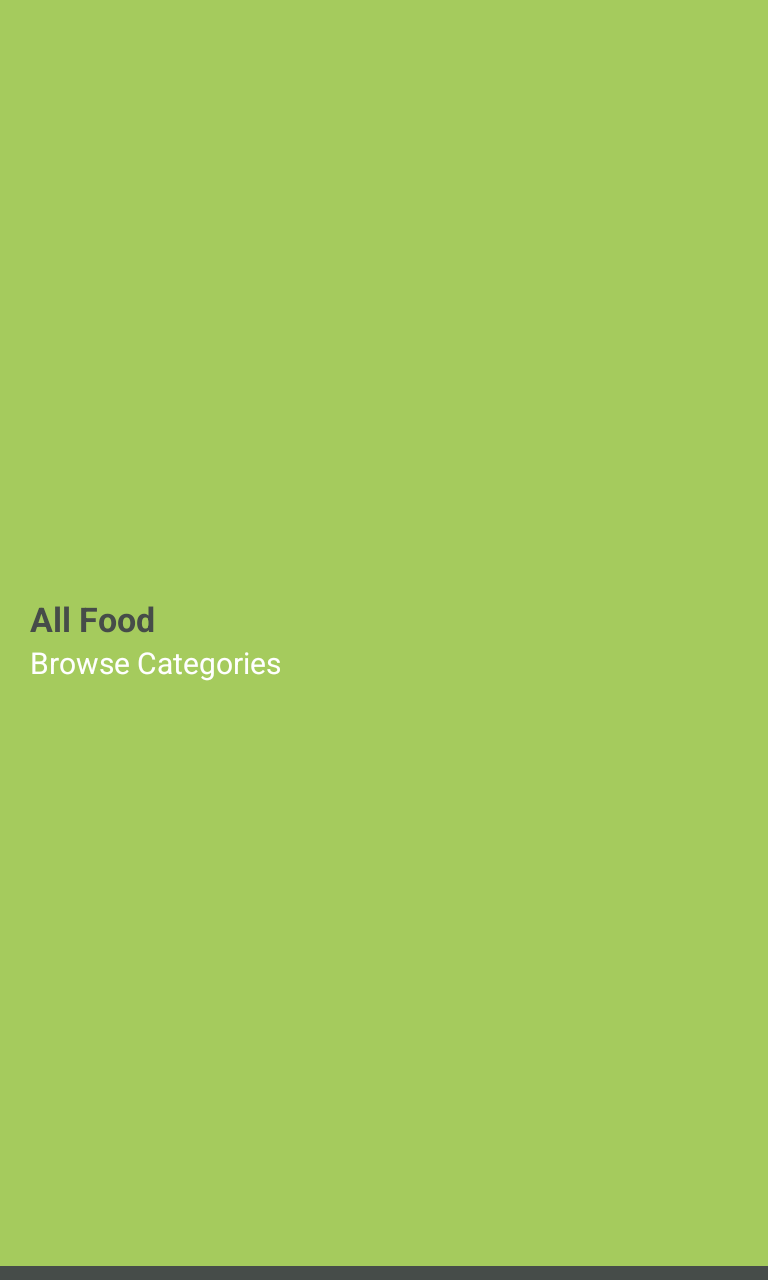
Repository: ShelfLifeApp/ShelfLife-Android
Layout: Implementation/ShelfLifeAndroid/res/layout/listview_header.xml
The author's editor kept a copy of each file at every save. The layout is drawn from the files as they stood at one save, then again after the next save.
It is drawn on a 768 x 1280 px phone screen (xhdpi) without system bars, with theme Theme.Sherlock.Light; the app's code is not run.

Above is the layout before, as saved 2013-05-13 03:44:30.

### Implementation/ShelfLifeAndroid/res/layout/listview_header.xml
<?xml version="1.0" encoding="utf-8"?>
<LinearLayout xmlns:android="http://schemas.android.com/apk/res/android"
    android:layout_width="match_parent"
    android:layout_height="60dip"
    android:orientation="vertical"
    android:background="@drawable/list_header_background"
    android:gravity="center_vertical"
    android:layout_gravity="center_vertical"
    android:paddingLeft="15dip"
    android:paddingTop="10dip"
    android:paddingBottom="10dip"
    >

    <TextView
        android:id="@+id/listview_header_title"
        android:layout_width="wrap_content"
        android:layout_height="wrap_content"
        android:text="All Food"
        android:textSize="17sp"
        android:textStyle="bold"
        android:textColor="@color/list_header_title_color"
    />

    <TextView
        android:id="@+id/listview_header_subtitle"
        android:layout_width="wrap_content"
        android:layout_height="wrap_content"
        android:text="Browse Categories"
        android:textSize="15sp"
        android:textColor="@color/list_header_subtitle_color"
    />

</LinearLayout>

### Implementation/ShelfLifeAndroid/res/drawable/list_header_background.xml
<?xml version="1.0" encoding="utf-8"?>
<layer-list xmlns:android="http://schemas.android.com/apk/res/android" >

    <!-- CREATE A RECTANGLE WITH YOUR BORDER COLOR -->
    <item>
        <shape android:shape="rectangle" >
            <solid android:color="@color/list_header_divider"/>
        </shape>
    </item>

    <!-- NOW DEFINE THE NORMAL COLOR-->
    <item android:bottom="7dp">
        <shape android:shape="rectangle" >
            <solid android:color="@color/list_header_background"/>
        </shape>
    </item>
</layer-list>

### Implementation/ShelfLifeAndroid/res/values/colors.xml
<?xml version="1.0" encoding="utf-8"?>
<resources>

    <color name="listitem_background_content">#FFFFFF</color>
    <color name="listitem_background">#f1f0f2</color>

    <color name="list_header_background">#a5cb5d</color>
    <color name="list_header_divider">#464c49</color>
    <color name="list_header_title_color">#464c49</color>
    <color name="list_header_subtitle_color">#ffffff</color>

</resources>

After the next save:
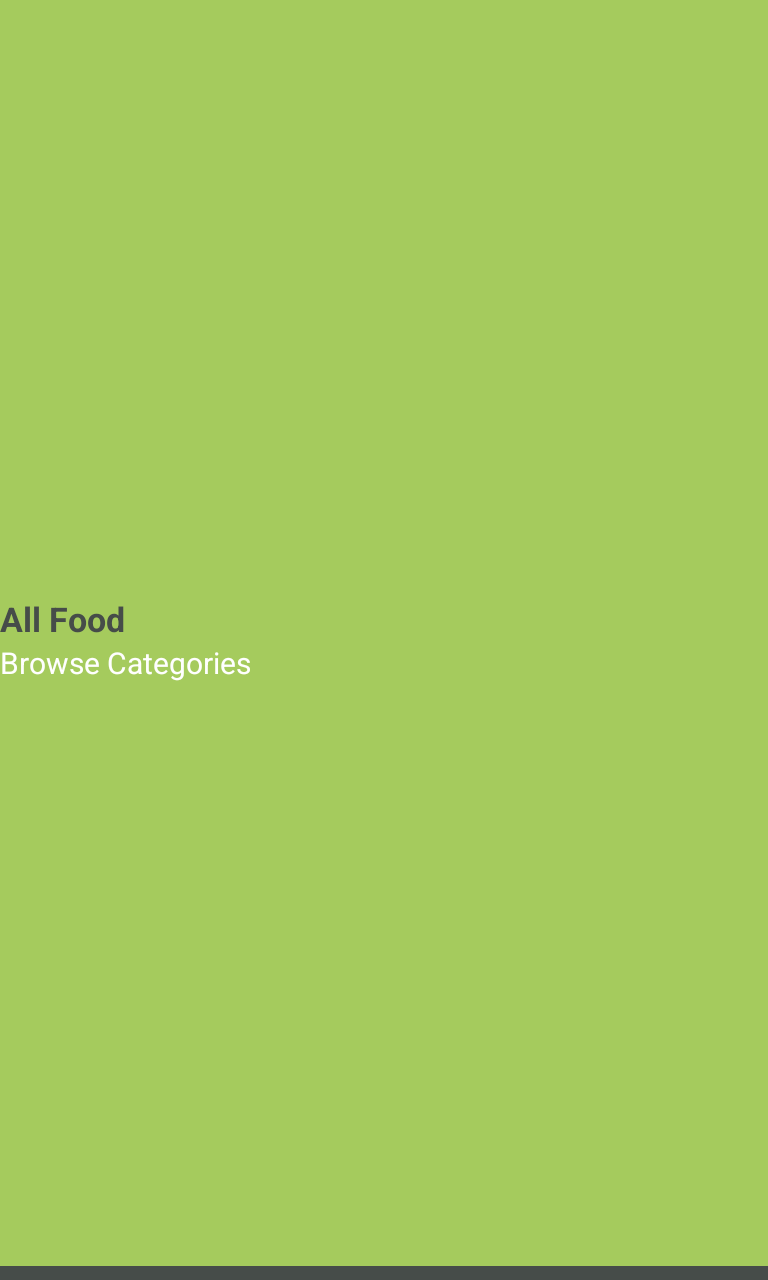
Saved 3 min 16 s later.
--- a/Implementation/ShelfLifeAndroid/res/layout/listview_header.xml
+++ b/Implementation/ShelfLifeAndroid/res/layout/listview_header.xml
@@ -4,30 +4,31 @@
     android:layout_height="60dip"
     android:orientation="vertical"
     android:background="@drawable/list_header_background"
-    android:gravity="center_vertical"
-    android:layout_gravity="center_vertical"
-    android:paddingLeft="15dip"
-    android:paddingTop="10dip"
-    android:paddingBottom="10dip"
     >
+    <LinearLayout
+        android:layout_height="match_parent"
+        android:layout_width="match_parent"
+        android:orientation="vertical"
+        android:gravity="center_vertical"
+        android:layout_gravity="center_vertical">
+	    <TextView
+	        android:id="@+id/listview_header_title"
+	        android:layout_width="wrap_content"
+	        android:layout_height="wrap_content"
+	        android:text="All Food"
+	        android:textSize="17sp"
+	        android:textStyle="bold"
+	        android:textColor="@color/list_header_title_color"
+	    />
 
-    <TextView
-        android:id="@+id/listview_header_title"
-        android:layout_width="wrap_content"
-        android:layout_height="wrap_content"
-        android:text="All Food"
-        android:textSize="17sp"
-        android:textStyle="bold"
-        android:textColor="@color/list_header_title_color"
-    />
-
-    <TextView
-        android:id="@+id/listview_header_subtitle"
-        android:layout_width="wrap_content"
-        android:layout_height="wrap_content"
-        android:text="Browse Categories"
-        android:textSize="15sp"
-        android:textColor="@color/list_header_subtitle_color"
-    />
+	    <TextView
+	        android:id="@+id/listview_header_subtitle"
+	        android:layout_width="wrap_content"
+	        android:layout_height="wrap_content"
+	        android:text="Browse Categories"
+	        android:textSize="15sp"
+	        android:textColor="@color/list_header_subtitle_color"
+	    />
+    </LinearLayout>
 
 </LinearLayout>
